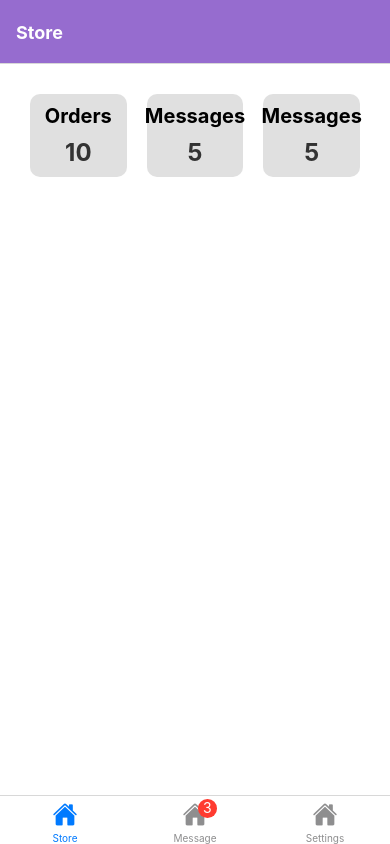
Repository: Waikato153/AwesomeProject
Screen: /
The author's editor kept a copy of each file at every save. The screen is drawn from the files as they stood at one save, then again after a run of saves.
The app was drawn by React Native's web renderer in a window 390 px wide. The project was rebuilt for these pictures with package versions that can differ from the ones it lists, and the page was loaded fresh each time.

Above is the screen before, as saved 2024-02-28 17:19:29.

### App.js
import * as React from 'react';
import { Text, View, StyleSheet} from 'react-native';
import { NavigationContainer } from '@react-navigation/native';
import { createBottomTabNavigator } from '@react-navigation/bottom-tabs';
import { Ionicons } from '@expo/vector-icons';

import HomeScreen from './screens/HomeScreen';

function SettingsScreen() {
  return (
    <View style={{ flex: 1, justifyContent: 'center', alignItems: 'center' }}>
      <Text>Settings!</Text>
    </View>
  );
}


const styles = StyleSheet.create({
  container: {
    flex: 1,
    justifyContent: 'center',
    backgroundColor: 'white',
    alignItems: 'center',
    padding: 8,
  },
  paragraph: {
    margin: 24,
    fontSize: 18,
    fontWeight: 'bold',
    textAlign: 'center',
  },
});

const Tab = createBottomTabNavigator();

function MyTabs() {
  return (

    <Tab.Navigator
      screenOptions={{
        tabBarIcon: ({ color, size }) => (
          <Ionicons name="home" color={color} size={size} />
        ),
        headerStyle: {
          backgroundColor: '#966ccf',
        },
        headerTintColor: '#fff',
        headerTitleStyle: {
          fontWeight: 'bold',
        },
      }}
    >
      <Tab.Screen
        name="Store"
        component={HomeScreen}

      />
      <Tab.Screen
        name="Message"
        component={SettingsScreen}
        options={{
          tabBarBadge: 3
        }}
      />
      <Tab.Screen
        name="Settings"
        component={SettingsScreen}
      />
    </Tab.Navigator>
  );
}

export default function App() {
  return (
    <NavigationContainer>
      <MyTabs />
    </NavigationContainer>
  );
}

### screens/HomeScreen.js
import React from 'react';
import { View, Text, StyleSheet } from 'react-native';

const HomeScreen = () => {
  return (
    <View style={styles.container}>
      <View style={styles.block}>
        <Text style={styles.title}>Orders</Text>
        <Text style={styles.count}>10</Text>
      </View>
      <View style={styles.block}>
        <Text style={styles.title}>Messages</Text>
        <Text style={styles.count}>5</Text>
      </View>
      <View style={styles.block}>
        <Text style={styles.title}>Messages</Text>
        <Text style={styles.count}>5</Text>
      </View>

    </View>
  );
};



const styles = StyleSheet.create({
  container: {
    flex: 1,
    flexDirection: 'row',
    flexWrap: 'wrap',
    justifyContent: 'space-around',
    alignItems: 'flex-start',
    backgroundColor: '#ffffff',
    padding: 20,
  },
  block: {
    flex: 1,
    justifyContent: 'center',
    alignItems: 'center',
    backgroundColor: '#e0e0e0',
    borderRadius: 10,
    padding: 10,
    margin: 10,
  },
  title: {
    fontSize: 20,
    fontWeight: 'bold',
    marginBottom: 10,
  },
  count: {
    fontSize: 24,
    fontWeight: 'bold',
    color: '#333333',
  },
});



export default HomeScreen;

After the next 3 saves:
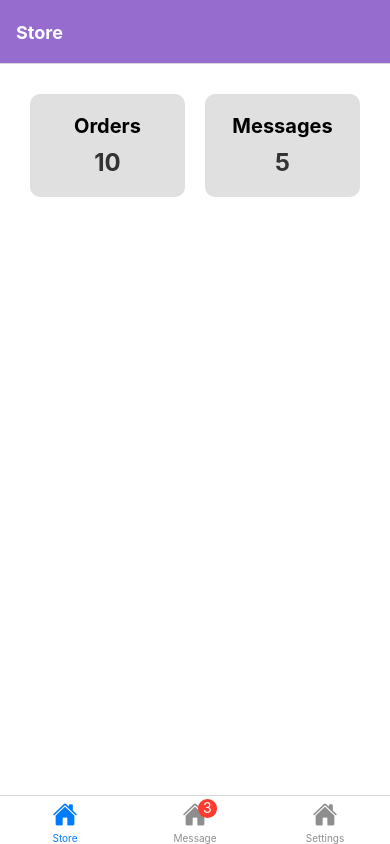
The 3 saves are shown as one change because they came seconds apart.
The last was saved 12 s later.
--- a/screens/HomeScreen.js
+++ b/screens/HomeScreen.js
@@ -7,10 +7,6 @@ const HomeScreen = () => {
       <View style={styles.block}>
         <Text style={styles.title}>Orders</Text>
         <Text style={styles.count}>10</Text>
-      </View>
-      <View style={styles.block}>
-        <Text style={styles.title}>Messages</Text>
-        <Text style={styles.count}>5</Text>
       </View>
       <View style={styles.block}>
         <Text style={styles.title}>Messages</Text>
@@ -27,7 +23,6 @@ const styles = StyleSheet.create({
   container: {
     flex: 1,
     flexDirection: 'row',
-    flexWrap: 'wrap',
     justifyContent: 'space-around',
     alignItems: 'flex-start',
     backgroundColor: '#ffffff',
@@ -39,7 +34,7 @@ const styles = StyleSheet.create({
     alignItems: 'center',
     backgroundColor: '#e0e0e0',
     borderRadius: 10,
-    padding: 10,
+    padding: 20,
     margin: 10,
   },
   title: {
